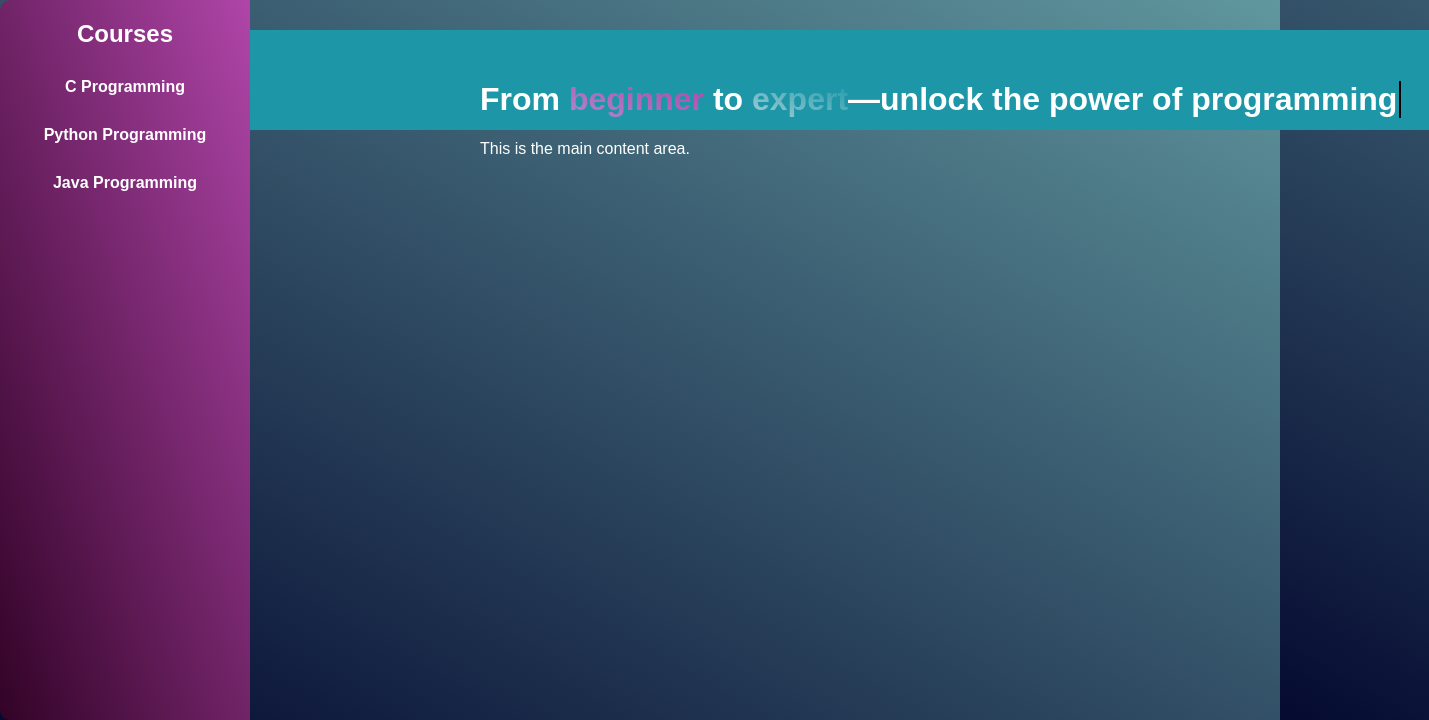
Repository: RishitSharma88/SeaGro
Page: templates/learningcourses.html
The author's editor kept a copy of each file at every save. The page is drawn from the files as they stood at one save, then again after the next save.
The browser window is 1280 px wide. The page is 1429 px wide, then 1280 px, so the pictures cover 1429 px, including what lies to the right of the window. The pictures show the whole page.
The template is drawn by Flask 3. The application's start-up code is not run. The template is opened directly, without the code that normally fills it, so the values that code supplies are empty.

Above is the page before, as saved 2024-12-28 15:34:19.

After the next save:
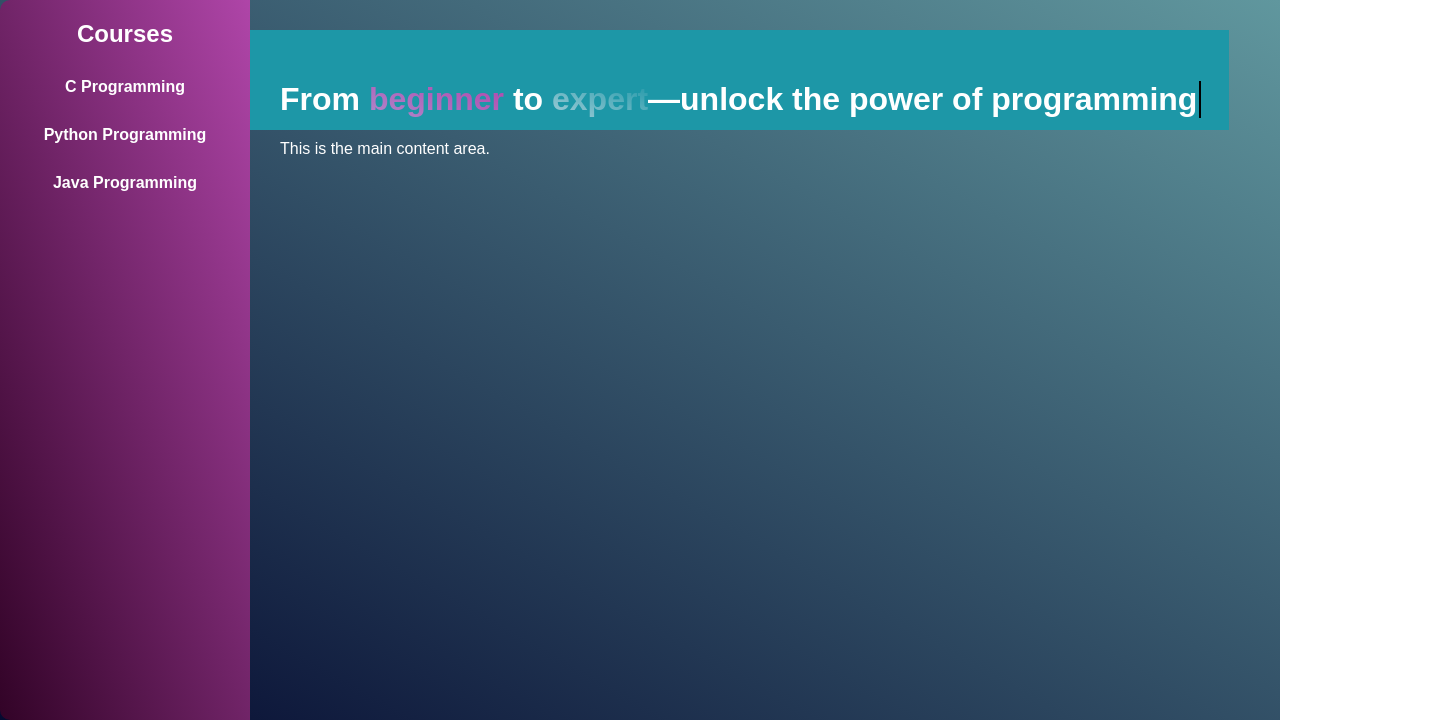
Saved 2 h 21 min later.
--- a/templates/learningcourses.html
+++ b/templates/learningcourses.html
@@ -104,7 +104,6 @@
             padding: 10px;
             display: flex;
             margin-top:30px;
-            margin-left: 200px;
             height:80px;
             width:100%;
         }
